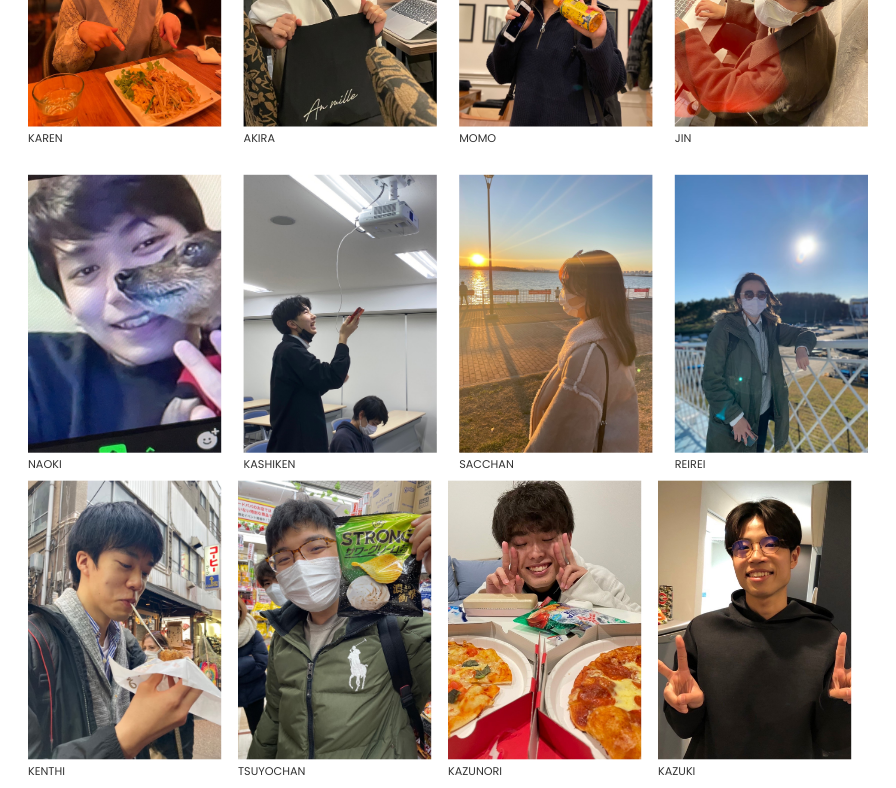
Repository: kohei23n/tenfeet
Page: index.html
These files come from the project's save history. The page is drawn as it stood at one moment and after a run of saves; the edit follows.
The browser window is 1280 px wide. The pictures show the part of the page from y = 704 to 2624 px (the page is 1829 px tall before and 11037 px after), at 70% of full size.

Above is the page before, as saved 2022-02-09 12:16:51.

After the next 2 saves:
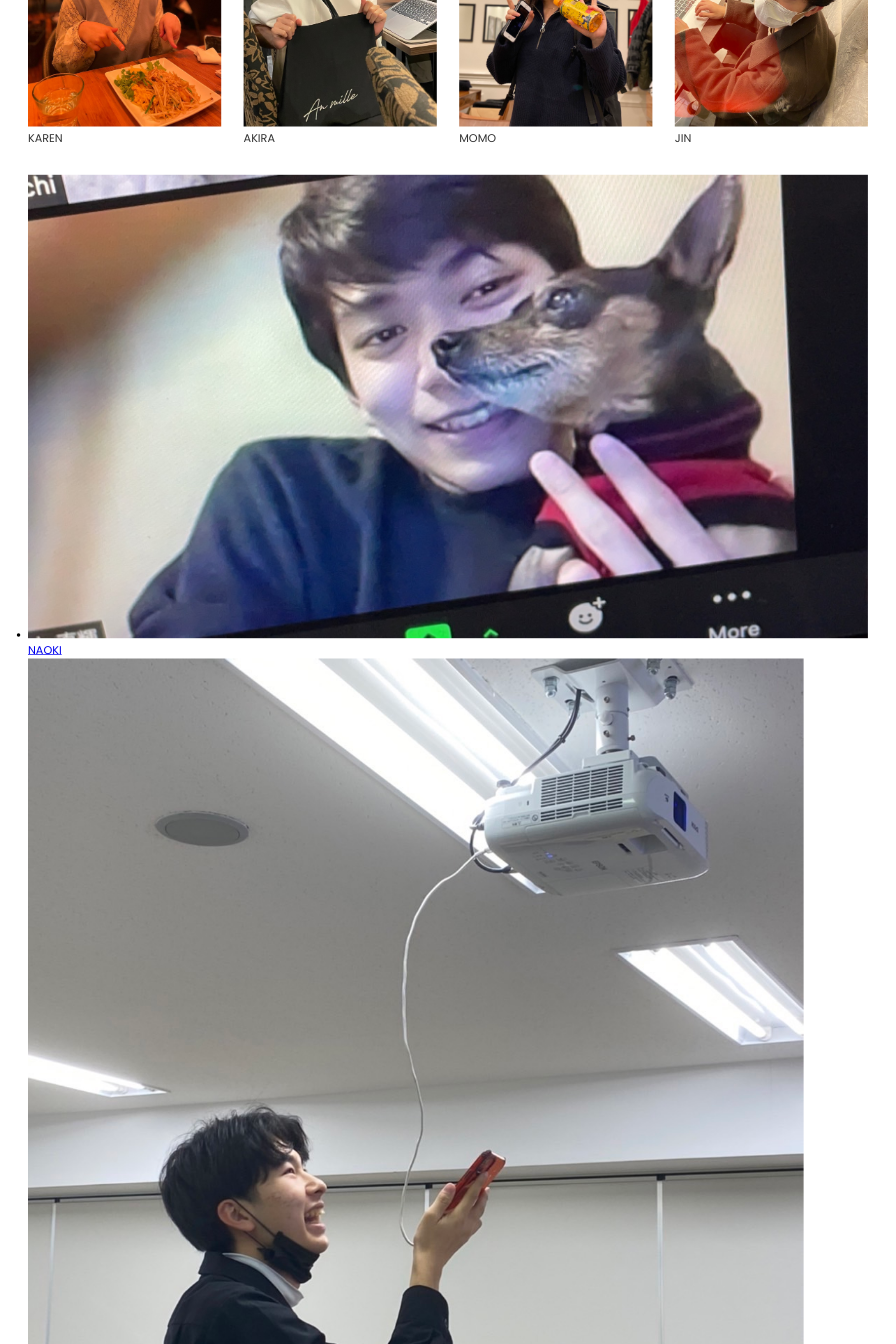
The 2 saves are shown as one change because they came seconds apart.
The last was saved 6 min 5 s later.
--- a/index.html
+++ b/index.html
@@ -90,7 +90,7 @@
     </main>
 
     <div id="top" class="wrapper2">
-      <ul class="product_list">
+      <ul class="product_list_2">
         <div id="member_list_2"></div>
       </ul>
     </div>

After the 4 saves that followed:
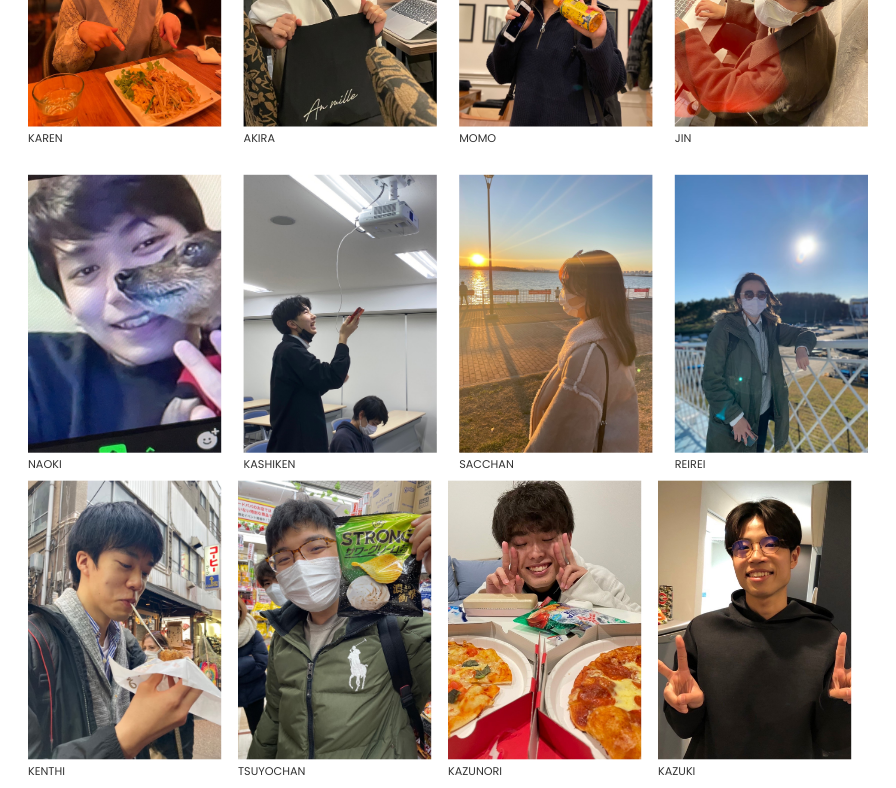
The 4 saves are shown as one change because they came seconds apart.
The last was saved 39 s later.
--- a/index.html
+++ b/index.html
@@ -90,7 +90,7 @@
     </main>
 
     <div id="top" class="wrapper2">
-      <ul class="product_list_2">
+      <ul class="product_list product_list_2">
         <div id="member_list_2"></div>
       </ul>
     </div>
